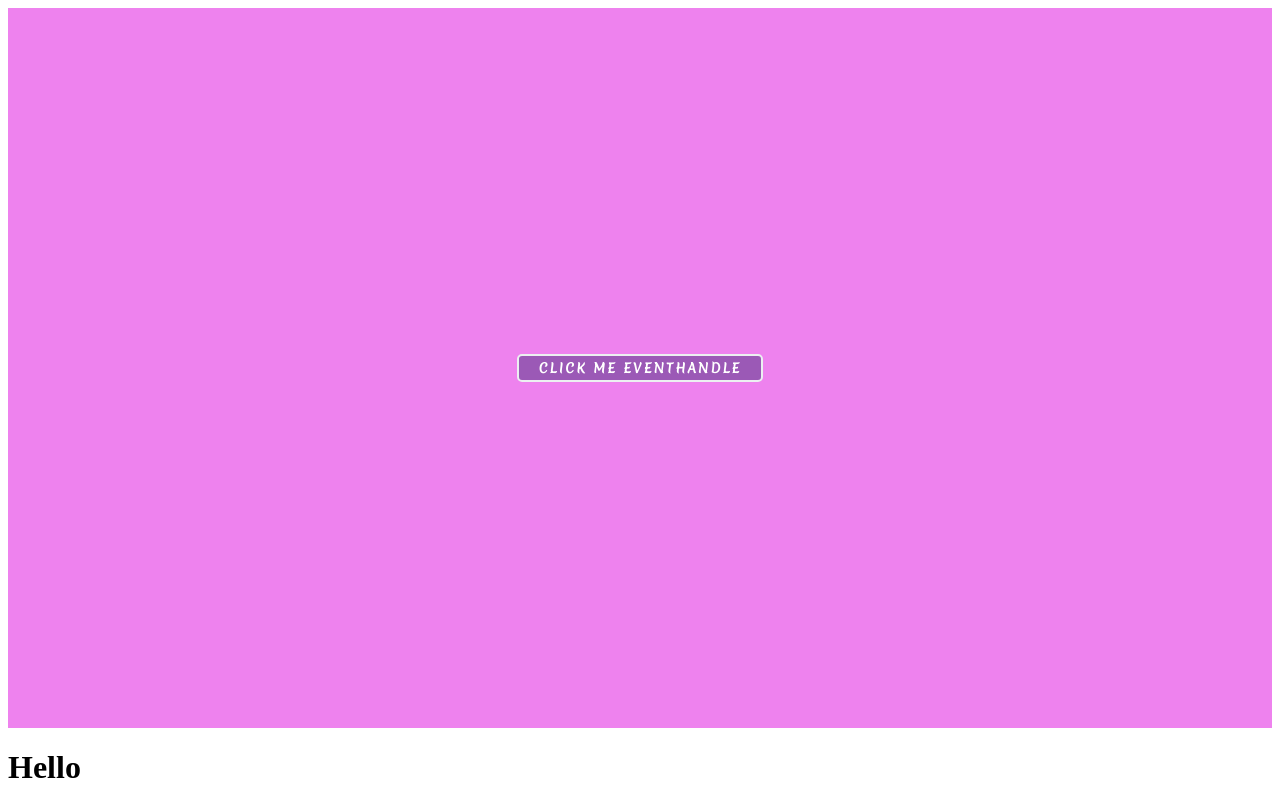
Repository: hardik2626/reactlearn2020
Page: /
These files come from the project's save history. The page is drawn as it stood at one moment and after the next save; the edit follows.
The browser window is 1280 px wide. The pictures show the part of the page from y = 0 to 804 px (the page is 2332 px tall before and 1828 px after).
Pictures or frames that could not be fetched are drawn as grey boxes. The project was rebuilt for these pictures with package versions that can differ from the ones it lists, and the page was loaded fresh each time.

Above is the page before, as saved 2020-10-10 10:19:00.

After the next save:
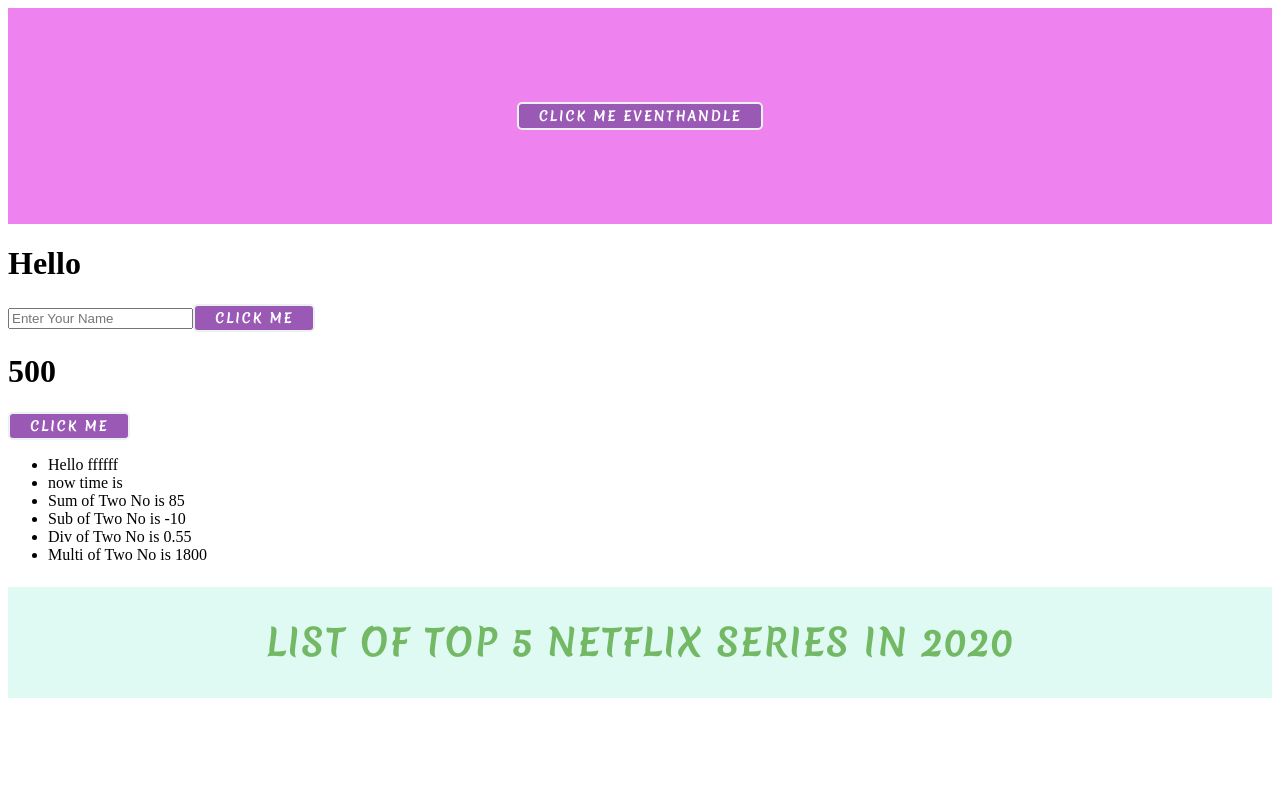
Saved 16 s later.
--- a/src/index.css
+++ b/src/index.css
@@ -172,7 +172,7 @@ h1.evnthnd {
 
 div.evnt {
     width: 100%;
-    height: 100vh;
+    height: 30vh;
     display: flex;
     justify-content: center;
     align-items: center;
